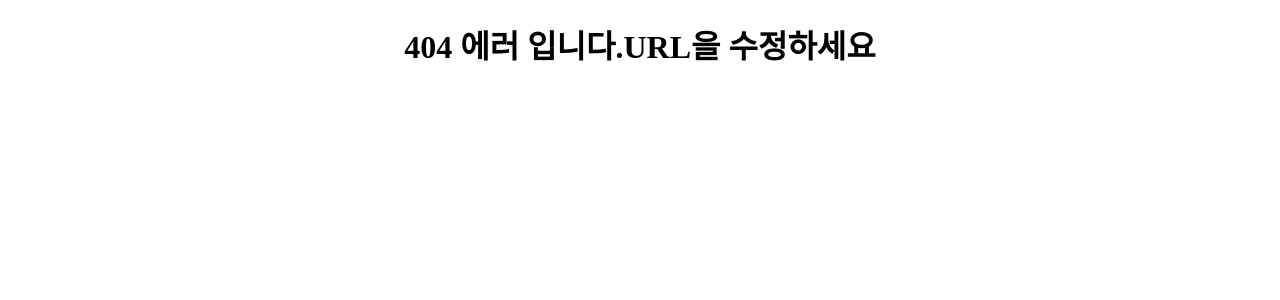
Repository: JeongDaejin/JSP-
Page: http://localhost/ServletTest/404error.jsp
The author's editor kept a copy of each file at every save. The page is drawn from the files as they stood at one save, then again after the next save.
The browser window is 1280 px wide. The pictures show the whole page.
The page is served by Tomcat 9. Other server files are loaded and not shown.

Above is the page before, as saved 2023-02-01 10:02:15.

### JSPExam2/ServletTest/src/main/webapp/404error.jsp
<%@ page language="java" contentType="text/html; charset=EUC-KR"
    pageEncoding="EUC-KR"%>
<%@ page isErrorPage="true" %>
<% response.setStatus(200); %>
<!DOCTYPE html>

<html>
<head>
<meta charset="EUC-KR">
<title>Insert title here</title>
</head>
<body>
<h1 style="text-align: center">404 에러 입니다.URL을 수정하세요</h1>
</body>
</html>

After the next save:
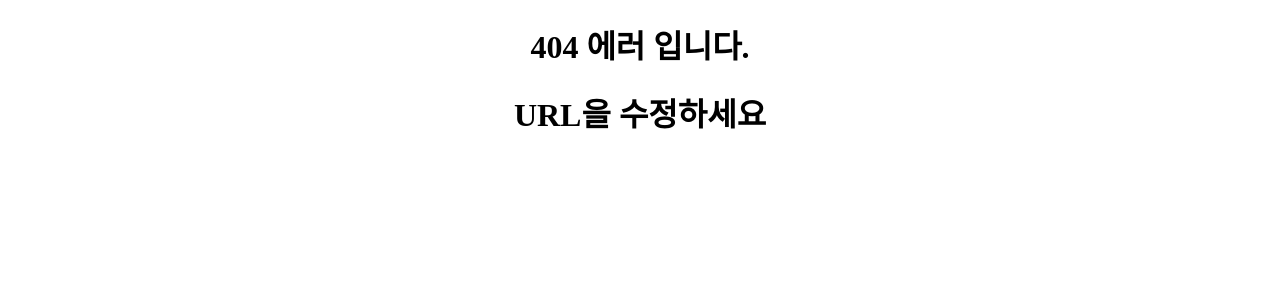
Saved 16 s later.
--- a/JSPExam2/ServletTest/src/main/webapp/404error.jsp
+++ b/JSPExam2/ServletTest/src/main/webapp/404error.jsp
@@ -10,6 +10,7 @@
 <title>Insert title here</title>
 </head>
 <body>
-<h1 style="text-align: center">404 에러 입니다.URL을 수정하세요</h1>
+<h1 style="text-align: center">404 에러 입니다.</h1>
+<h1 style="text-align: center">URL을 수정하세요</h1>
 </body>
 </html>
